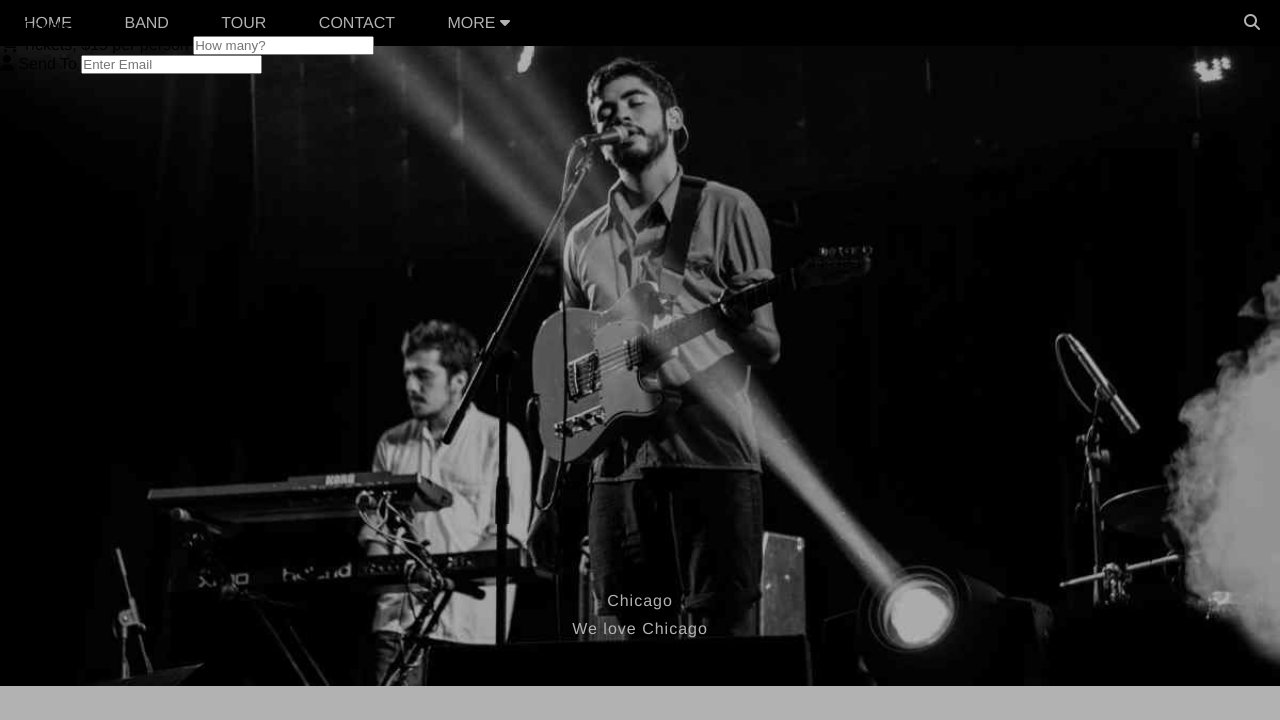
Repository: NguyenMinhChau/Theband
Page: index.html
These files come from the project's save history. The page is drawn as it stood at one moment and after a run of saves; the edit follows.
The browser window is 1280 px wide. The pictures show the window.
A layer covers the whole window, so only the first screen is drawn. Some web libraries are served in a nearby version.

Above is the page before, as saved 2021-10-23 12:44:47.

### index.html
<!DOCTYPE html>
<html lang="en">
<head>
    <meta charset="UTF-8">
    <meta http-equiv="X-UA-Compatible" content="IE=edge">
    <meta name="viewport" content="width=device-width, initial-scale=1.0">
    <title>THE BAND</title>
    <link rel="icon" href="https://www.w3schools.com/w3css/img_la.jpg"/>
    <script src="https://kit.fontawesome.com/a7b0f58175.js" crossorigin="anonymous"></script>
    <link rel="stylesheet" href="./assets/css/style.css">
</head>
<body>
    <div id="main">
        <div id="header">
            <!-- Begin Navigation -->
            <ul id="nav">
                <li><a href="#">Home</a></li>
                <li><a href="#">Band</a></li>
                <li><a href="#">Tour</a></li>
                <li><a href="#">Contact</a></li>
                <li><a href="#">More <i class="fas fa-caret-down"></i></a>
                    <ul class="subnav">
                        <li><a href="#">Merchandise</a></li>
                        <li><a href="#">Extras</a></li>
                        <li><a href="#">Media</a></li>
                    </ul>
                </li>
            </ul>
            <!-- End Navigation -->

            <!-- Begin Search -->
            <div class="icon-search">
                <a href="#"><i class="header-icon-search fas fa-search"></i></a>
            </div>
            <!-- End Search -->
        </div>

        <div id="slider">
            <div class="description">
                <h4>Chicago</h4>
                <p>We love Chicago</p>
            </div>
        </div>

        <div id="content">
            <!-- section: dành cho những phần dùng chung -->
            <!-- ABOUT SECTION -->
            <div class="content-section">
                <h2 class="section-heading">The Band</h2>
                <p class="section-subheading">We love music</p>
                <p class="about-text">We have created a fictional band website. Lorem ipsum dolor sit amet, consectetur adipiscing elit, sed do eiusmod tempor incididunt ut labore et dolore magna aliqua. Ut enim ad minim veniam, quis nostrud exercitation ullamco laboris nisi ut aliquip ex ea commodo consequat. Duis aute irure dolor in reprehenderit in voluptate velit esse cillum dolore eu fugiat nulla pariatur. Excepteur sint occaecat cupidatat non proident, sunt in culpa qui officia deserunt mollit anim id est laborum consectetur adipiscing elit, sed do eiusmod tempor incididunt ut labore et dolore magna aliqua. Ut enim ad minim veniam, quis nostrud exercitation ullamco laboris nisi ut aliquip ex ea commodo consequat.</p>
                <div class="members-list">
                    <div class="member-item">
                        <p class="member-name">Name</p>
                        <img src="./assets/img/about_member01.jpg" alt="" class="member-avata">
                    </div>
                    <div class="member-item">
                        <p class="member-name">Name</p>
                        <img src="./assets/img/about_member01.jpg" alt="" class="member-avata">
                    </div>
                    <div class="member-item">
                        <p class="member-name">Name</p>
                        <img src="./assets/img/about_member01.jpg" alt="" class="member-avata">
                    </div>
                    <div class="clear"></div>
                </div>
            </div>

            <!-- TOUR SECTION -->
            <div class="tour-section">
                <div class="content-section">
                    <h2 class="section-heading text-white">Tours Dates</h2>
                    <p class="section-subheading text-white">Remember to book your tickets!</p>
                    <ul class="tickets-list">
                        <li>September <span class="sold-out">Sold out</span></li>
                        <li>October <span class="sold-out">Sold out</span></li>
                        <li>November <span class="quantity">3</span></li>
                    </ul>
                    <div class="places-list">
                        <div class="place-item">
                            <img src="./assets/img/tour_place01.jpg" alt="New York" class="place-img">
                            <div class="place-body">
                                <h3 class="place-heading">New York</h3>
                                <p class="place-time">Fri 27 Nov 2016</p>
                                <p class="plave-desc">Praesent tincidunt sed tellus ut rutrum sed vitae justo.</p>
                                <a href="#" class="place-buy-btn">Buy Tickets</a>
                            </div>
                        </div>
                        <div class="place-item">
                            <img src="./assets/img/tour_place_02.jpg" alt="New York" class="place-img">
                            <div class="place-body">
                                <h3 class="place-heading">Paris</h3>
                                <p class="place-time">Sat 28 Nov 2016</p>
                                <p class="plave-desc">Praesent tincidunt sed tellus ut rutrum sed vitae justo.</p>
                                <a href="#" class="place-buy-btn">Buy Tickets</a>
                            </div>
                        </div>
                        <div class="place-item">
                            <img src="./assets/img/tour_place_03.jpg" alt="New York" class="place-img">
                            <div class="place-body">
                                <h3 class="place-heading">San Francisco</h3>
                                <p class="place-time">Sun 29 Nov 2016</p>
                                <p class="plave-desc">Praesent tincidunt sed tellus ut rutrum sed vitae justo.</p>
                                <a href="#" class="place-buy-btn">Buy Tickets</a>
                            </div>
                        </div>
                        <div class="clear"></div>
                    </div>
                </div>
            </div>

            <!-- CONTACT SECTION -->
            <div class="content-section">
                <h2 class="section-heading">Contact</h2>
                <p class="section-subheading">Fan? Drop a note!</p>
            </div>
        </div>

        <div id="footer">

        </div>
    </div>
    <!-- BEGIN MODEL -->
    <div class="modal">
        <div class="modal-container">
            <div class="modal-close">
                <i class="far fa-window-close"></i>
            </div>

            <header class="modal-header">
                <i class="fas fa-briefcase"></i> Tickets
            </header>

            <div class="modal-body">
                <div class="form-group">
                    <label for="" class="modal-label">
                        <i class="fas fa-shopping-cart"></i>
                        Tickets, $15 per person
                    </label>
                    <input type="text" class="modal-input" placeholder="How many?">
                </div>
                <div class="form-group">
                    <label for="" class="modal-label">
                        <i class="fas fa-user"></i>
                        Send To
                    </label>
                    <input type="email" class="modal-input" placeholder="Enter Email">
                </div>
            </div>
        </div>
    </div>
    <!-- END MODAL -->
    <script src="assets/js/main.js"></script>
</body>
</html>

### assets/css/style.css
:root{
    --header-height: 46px;
}
*{
    box-sizing: border-box;
    margin: 0;
    padding: 0;
}

html{
    font-family: Helvetica, Arial, sans-serif;
}

.clear{
    clear: both;
}

.text-white{
    color: #fff !important;
}

/* BEGIN CSS HEADER */
#header{
    height: var(--header-height);
    background-color: #000;
    position: fixed;
    top: 0;
    left: 0;
    right: 0;
}

#nav{
    display: inline-block;
}

#nav,
#subnav{
    list-style-type: none;
}

#nav li{
    display: inline-block;
    position: relative;
}

#nav > li > a{
    color: #fff;
    text-transform: uppercase;
}

#nav li a {
    text-decoration: none;
    line-height: var(--header-height);
    padding: 0 24px;

    display: block;
}

#nav > li:hover > a,
#nav .subnav li:hover a {
    color: #000;
    background-color: #ccc;
}

#nav > li:hover .subnav{
    display: block;
}

#nav .subnav{
    display: none;
    position: absolute;
    background-color: #fff;
    box-shadow: 0 0 10px rgba(0,0,0,0.3);
    color: #000;
    top: 100%;
    left: 0;
}

#nav .subnav li a{
    color: #000;
    padding: 0 12px;
    line-height: 38px;
    min-width: 160px;
}

#nav .subnav li{
    display: block;
}

#header .icon-search{
    /* position: absolute;
    top: 0;
    right: 0; */
    float: right;
    line-height: var(--header-height);
    padding: 0 20px;
}

#header .icon-search a{
    text-decoration: none;
}

#header .icon-search:hover{
    background-color: rgb(255, 39, 39);
    cursor: pointer;
}

#header .icon-search .header-icon-search{
    color: #fff;
}
/* END CSS HEADER */


/* BEGIN CSS SLIDER */
#slider{
    position: relative;
    margin-top: var(--header-height);
    /* Kỹ thuật tạo ảnh không bị méo khi thay đổi kích thước */
    padding-top: 50%; /* % là theo chiều ngang của chính nó*/

    /* Khi dùng padding như trên -> ta dùng bg-image để tạo ảnh vì có thể đổ ảnh từ padding */
    background: url('../img/slider_band_chicago.jpg') no-repeat center / cover;
    z-index: -1;
}

#slider .description{
    position: absolute;
    bottom: 0;
    left: 50%;
    transform: translateX(-50%);

    color: #fff;
    text-align: center;
    margin-bottom: 48px;
    letter-spacing: 1px;
}

#slider .description h4,
#slider .description p{
    text-shadow: 0 0 10 rgba(0,0,0,0.5);
}

#slider .description h4{
    font-weight: 540;
    padding: 10px 0;
}
/* END CSS SLIDER */

/* BEGIN CSS CONTENT */
/* CSS ABOUT */
#content .content-section{
    width: 800px;
    margin: auto;
    padding: 64px 0;
}

#content .section-heading,
#content .section-subheading{
    text-align: center;
}

#content .section-heading{
    font-size: 30px;
    font-weight: 500;
    text-transform: uppercase;
    letter-spacing: 4px;
}

#content .section-subheading{
    font-size: 15px;
    font-style: italic;
    margin: 25px 0;
    opacity: 0.7;
}

#content .about-text{
    text-align: justify;
    font-size: 15px;
    line-height: 1.4;
}

#content .members-list{
    margin-top: 48px;
}

#content .member-item{
    float: left;
    text-align: center;
    width: calc(100% / 3);
}

#content .member-name{
    font-size: 15px;
}

#content .member-avata{
    margin-top: 15px;
    width: 154px;
    border-radius: 5px;
}

/* CSS TOUR */
#content .tour-section{
    background-color: #000;
}

#content .tickets-list{
    background-color: #fff;
    margin: 40px 0;
    list-style: none;
}

#content .tickets-list li{
    font-size: 15px;
    padding: 12px 16px;
    border-bottom: 1px solid #ddd;
    color: #757575;
}

#content .tickets-list .sold-out{
    background-color: #f44336;
    color: #fff;
    padding: 3px 4px;
    margin-left: 16px;
}

#content .tickets-list .quantity{
    float: right;
    background-color: #000;
    border-radius: 50%;
    width: 24px;
    height: 24px;
    color: #fff;
    text-align: center;
    line-height: 24px;
    margin-top: -3px;
}

#content .tour-section .places-list{
    margin: 0 -8px 48px;
}

#content .place-item{
    float: left;
    width: calc(100% / 3);
    padding: 0 8px;
}

#content .place-img{
    width: 100%;
    display: block;
}

#content .place-img:hover{
    opacity: 0.7;
}

#content .place-body{
    background-color: #fff;
    padding: 16px;
    font-size: 15px;
}

#content .place-heading{
    font-weight: 550;
}

#content .place-time{
    margin: 15px 0;
    color: #757575;
}

#content .plave-desc{
    line-height: 1.4;
}

#content .place-buy-btn{
    text-decoration: none;
    background-color: #000;
    color: #fff;
    padding: 11px 16px;
    /* Khắc phục tình trạng button che thẻ description */
    display: inline-block;
    margin-top: 15px;
}

#content .place-buy-btn:hover{
    background-color: #ccc;
    color: #000;
}
/* END CSS CONTENT */


#footer{

}

/* BEGIN CSS MODAL */
.modal{
    position: fixed;
    top: 0;
    bottom: 0;
    right: 0;
    left: 0;
    background: rgba(0,0,0,0.3);
}

.modal-container{
    position: an
}
/* END CSS MODAL */

Loaded but not shown: assets/js/main.js (no stored copy; drawn as an empty file)

After the next 5 saves:
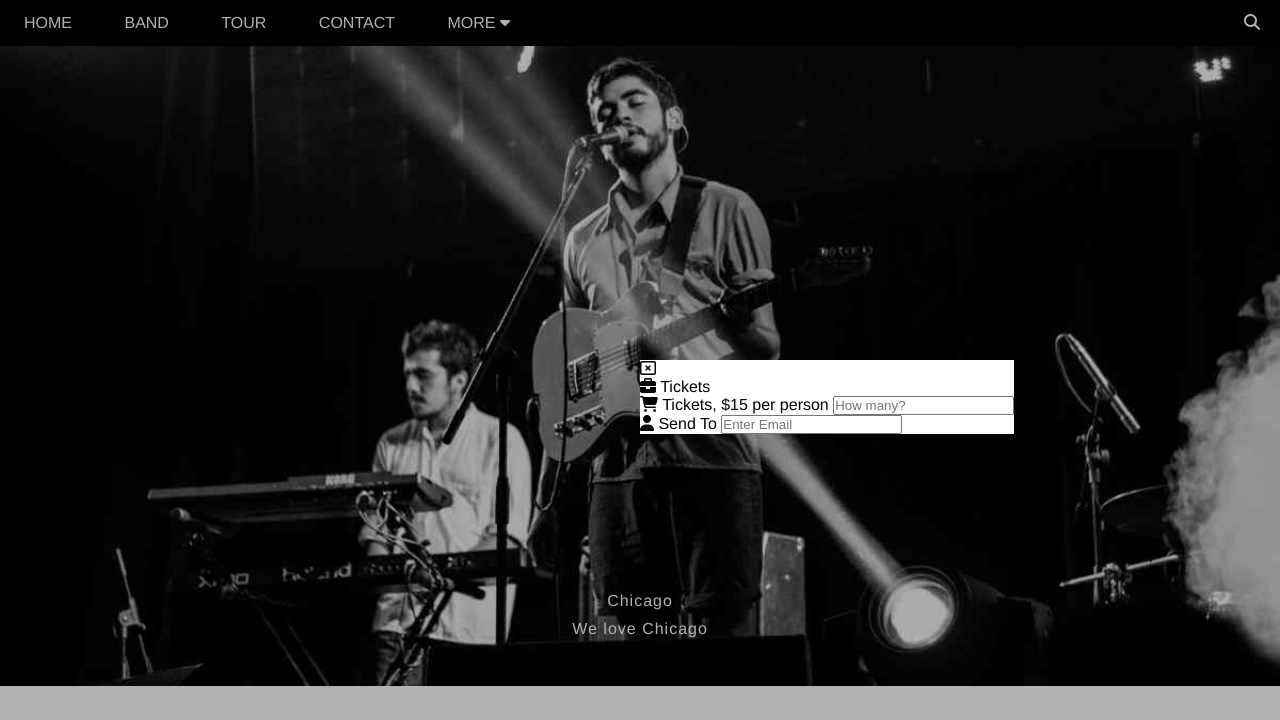
The 5 saves are shown as one change because they came seconds apart.
The last was saved 23 s later.
--- a/assets/css/style.css
+++ b/assets/css/style.css
@@ -306,6 +306,9 @@
 }
 
 .modal-container{
-    position: an
+    position: absolute;
+    top: 50%;
+    left: 50%;
+    background-color: #fff;
 }
 /* END CSS MODAL */
